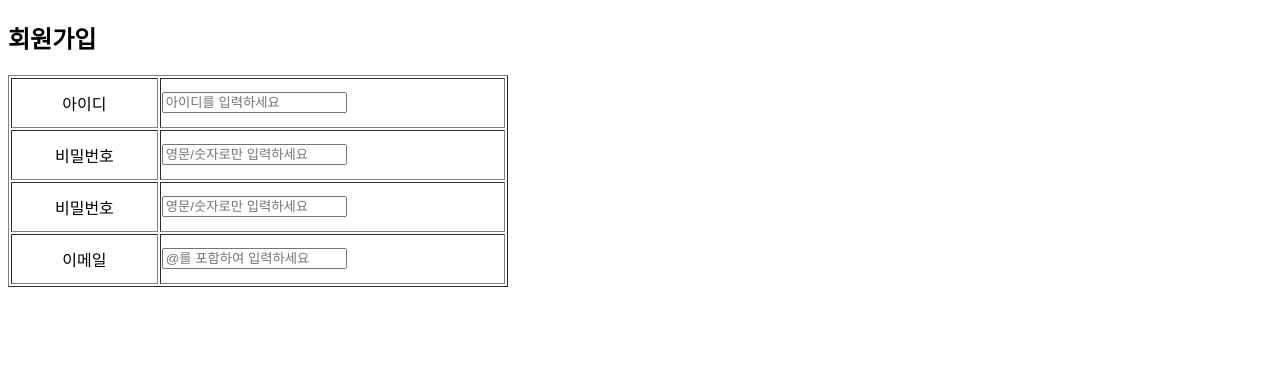
Repository: kkw3202/Jsp2026
Page: http://localhost/chapter01/Request/RequsetJoin.jsp
An editor plug-in stored every save of this project. The page is shown before and after the next save, followed by the edit.
The browser window is 1280 px wide. The pictures show the whole page.
The page is served by Tomcat 9.

Above is the page before, as saved 2026-10-19 06:36:44.

After the next save:
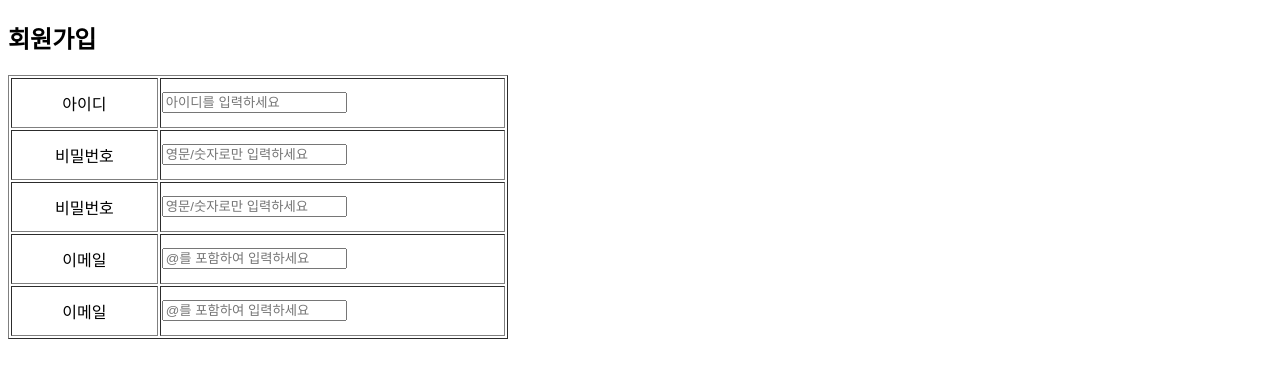
Saved 8 s later.
--- a/chapter01/src/main/webapp/Request/RequsetJoin.jsp
+++ b/chapter01/src/main/webapp/Request/RequsetJoin.jsp
@@ -35,6 +35,12 @@
 						<input type="email" name="email" placeholder="@를 포함하여 입력하세요"/>
 					</td>
 				</tr>
+				<tr height="50">
+					<td align="center" width="150">이메일</td>
+					<td width="350">
+						<input type="email" name="email" placeholder="@를 포함하여 입력하세요"/>
+					</td>
+				</tr>
 			</table>
 		</form>
 
